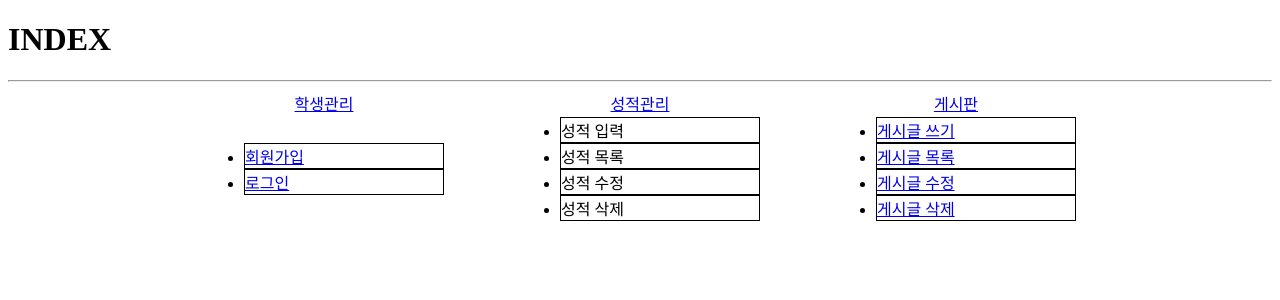
Repository: ByeonYJ/CSSTest
Page: GMSUI/WebContent/index.html
These files come from the project's save history. The page is drawn as it stood at one moment and after the next save; the edit follows.
The browser window is 1280 px wide. The pictures show the whole page.

Above is the page before, as saved 2017-07-20 06:34:55.

After the next save:
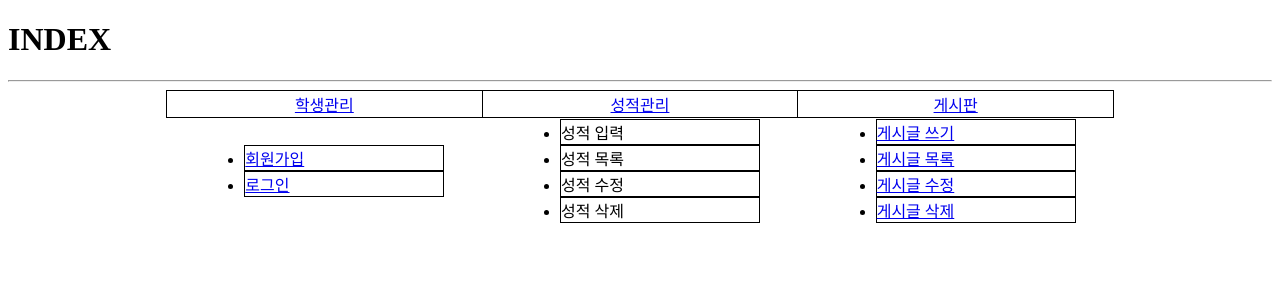
Saved 77 s later.
--- a/GMSUI/WebContent/css/common.css
+++ b/GMSUI/WebContent/css/common.css
@@ -3,9 +3,10 @@ table{border-collapse: collapse;}
 .gms-text-center{text-align: center;}
 .gms-width-30pro{width:30%}
 .gms-text-deco-none{text-decoration: none;}
-.gms-list-none{list-style-type:none;}
 .gms-inline-block{display:inline-block}
 .gms-bgcolor-yellow{background-color:yellow;}
 .gms-bgcolor-red{background-color:red;}
 .gms-bgcolor-blue{background-color:blue;}
 .gms-margin-auto{margin:0 auto;}
+.gms-list-none{list-style-type:none;}
+.gms-border-black{border: 1px solid black;}
